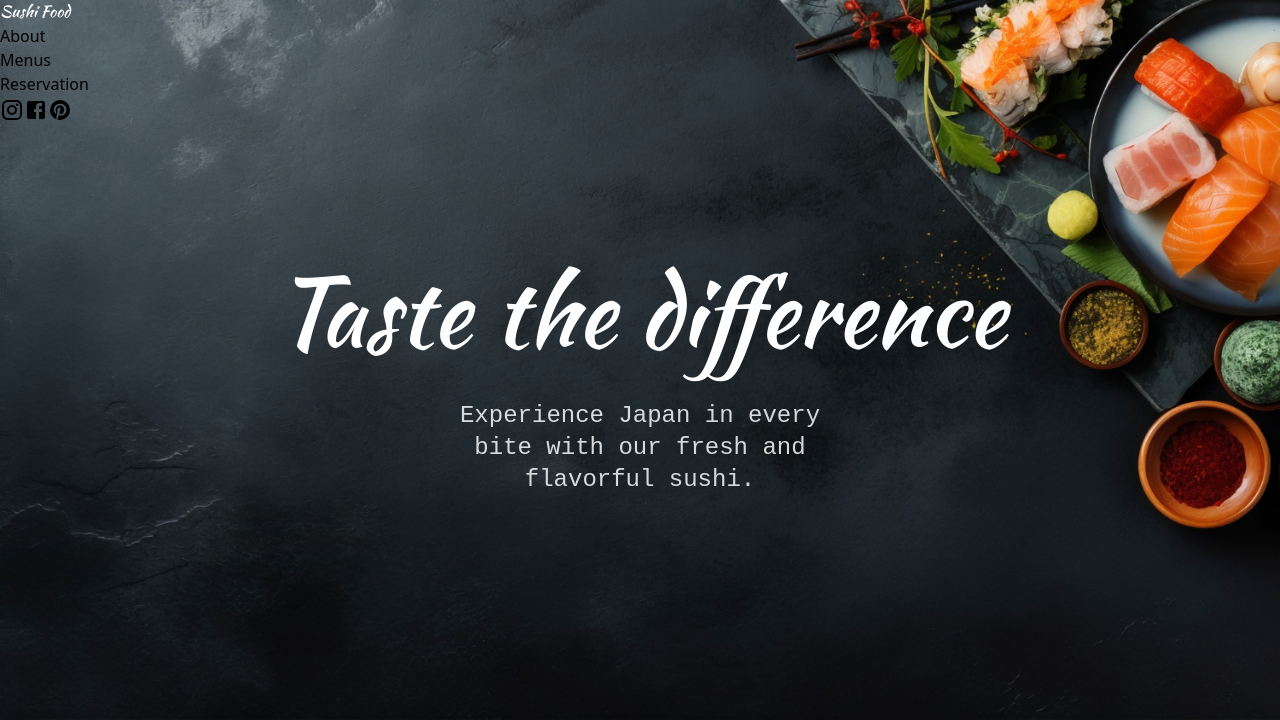
Repository: Adrien-legeleu/sushi-food
Page: /
These files come from the project's save history. The page is drawn as it stood at one moment and after the next save; the edit follows.
The browser window is 1280 px wide. The pictures show the whole page.
Some web fonts or font styles are not loaded; a fallback is used. The project was rebuilt for these pictures with package versions that can differ from the ones it lists, and the page was loaded fresh each time. Also part of the build but not shown: vite.config.ts.

Above is the page before, as saved 2024-04-28 20:10:57.

After the next save:
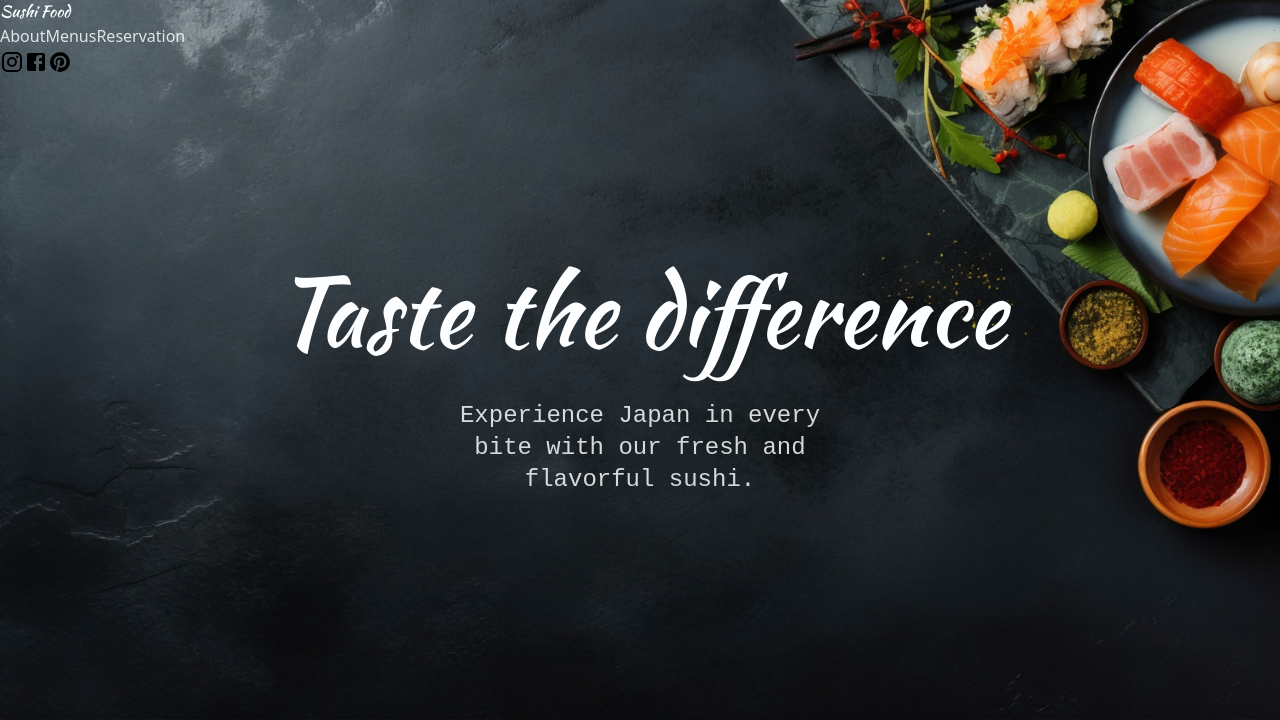
Saved 30 s later.
--- a/src/Components/Header.tsx
+++ b/src/Components/Header.tsx
@@ -5,7 +5,7 @@ export const Header =()=>{
     return (
         <div className='fixed h-12 '>
             <h2 className='font-title text-whiteTitle'>Sushi Food</h2>
-            <ul>
+            <ul className='flex items-center justify-between text-whiteText'>
                 <li>About</li>
                 <li>Menus</li>
                 <li>Reservation</li>
